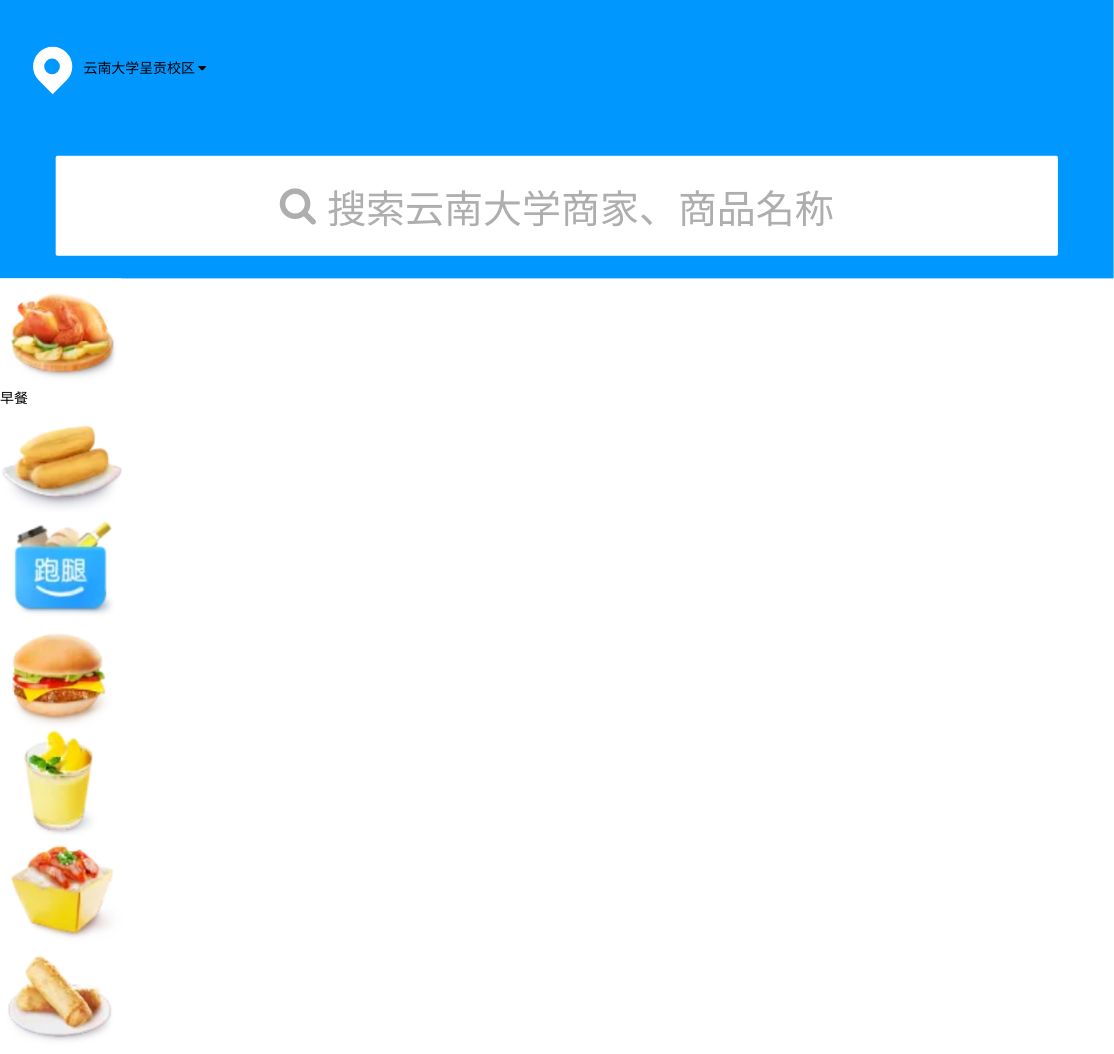
Repository: F000top/ele
Page: index.html
An editor plug-in stored every save of this project. The page is shown before and after the next save, followed by the edit.
The browser window is 1280 px wide. The pictures show the whole page, at 87% of full size.

Above is the page before, as saved 2022-06-07 21:26:06.

After the next save:
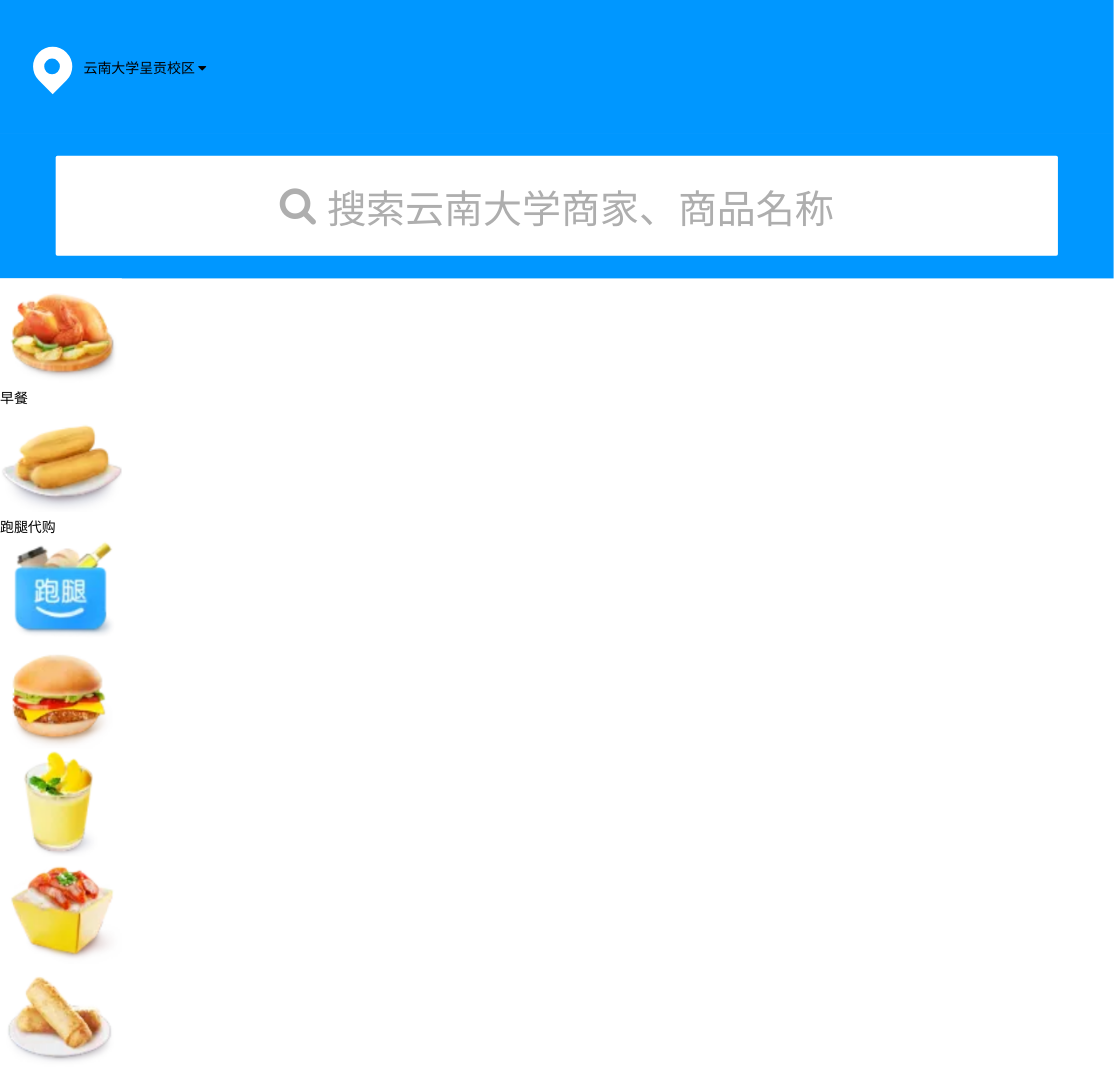
Saved 11 s later.
--- a/index.html
+++ b/index.html
@@ -54,7 +54,7 @@
 
             <li>
                 <img src="img/dcfl02.png">
-                <p></p>
+                <p>跑腿代购</p>
             </li>
 
             <li>
